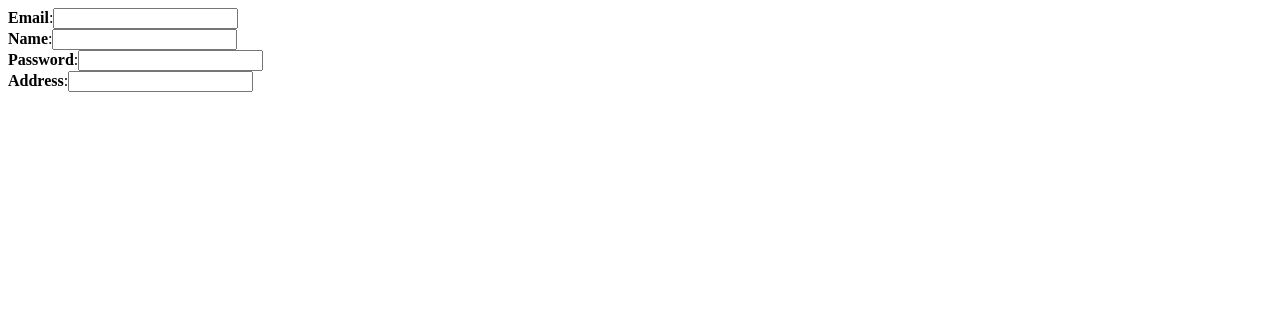
Repository: abdallahokasha/Servlets-and-JSP
Page: http://localhost/onlineShop/Signup.jsp
An editor plug-in stored every save of this project. The page is shown before and after the next save, followed by the edit.
The browser window is 1280 px wide. The pictures show the whole page.
The page is served by Tomcat 9.

Above is the page before, as saved 2016-08-08 13:41:21.

After the next save:
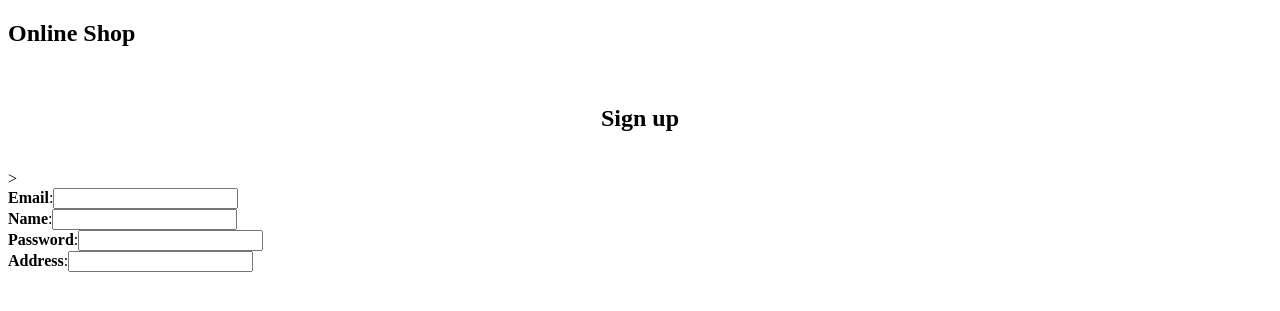
Saved 68 s later.
--- a/onlineShop/WebContent/Signup.jsp
+++ b/onlineShop/WebContent/Signup.jsp
@@ -7,6 +7,10 @@
 <title>Insert title here</title>
 </head>
 <body>
+<h2> Online Shop </h2><br>
+<center>
+<h2> Sign up </h2><br>
+</center>>
 <form action="Register" method="post">
 <strong>Email</strong>:<input type="text" name="email"><br>
 <strong>Name</strong>:<input type="text" name="name"><br>
